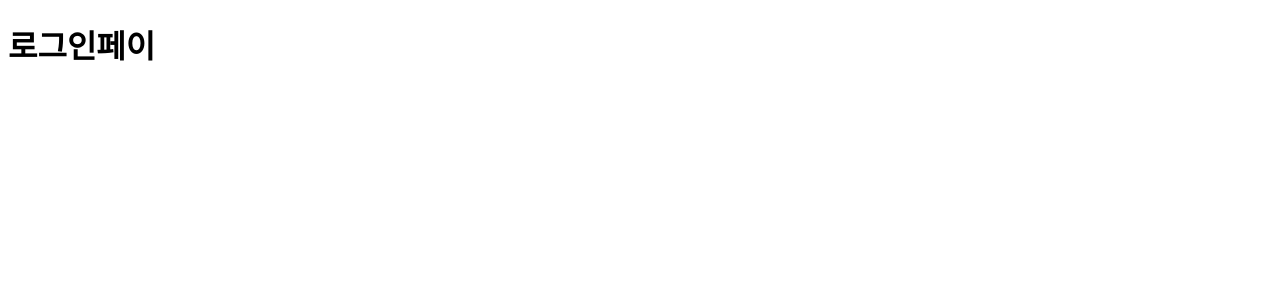
Repository: kjm541006/Ezen
Page: project/src/main/resources/static/index.html
An editor plug-in stored every save of this project. The page is shown before and after the next save, followed by the edit.
The browser window is 1280 px wide. The pictures show the whole page.

Above is the page before, as saved 2023-06-07 06:42:59.

After the next save:
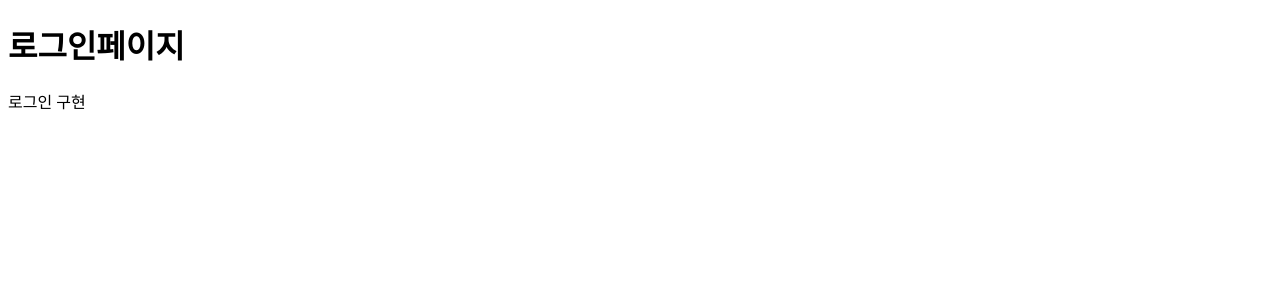
Saved 100 s later.
--- a/project/src/main/resources/static/index.html
+++ b/project/src/main/resources/static/index.html
@@ -5,7 +5,7 @@
 	<title>Document</title>
 </head>
 <body>
-	<h1>로그인페이</h1>
-
+	<h1>로그인페이지</h1>
+	<span>로그인 구현</span>
 </body>
 </html>
